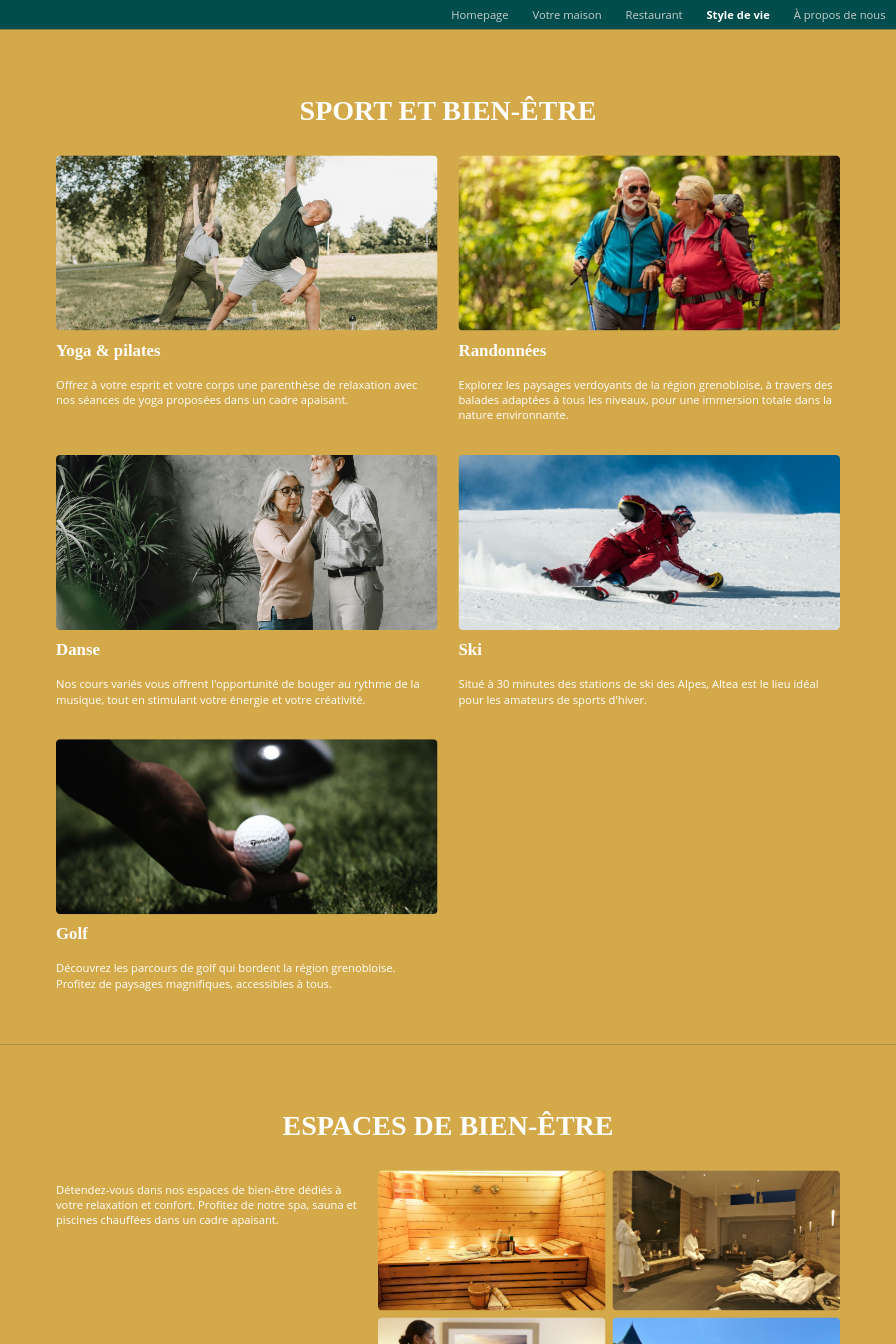
Repository: Rahimzeeeer/alteaaaa
Page: style.html
The author's editor kept a copy of each file at every save. The page is drawn from the files as they stood at one save, then again after the next save.
The browser window is 1280 px wide. The pictures show the part of the page from y = 0 to 1920 px (the page is 3573 px tall), at 70% of full size.

Above is the page before, as saved 2025-08-11 18:42:15.

### style.html
<!DOCTYPE html>
<html lang="fr">
<head>
  <meta charset="UTF-8" />
  <meta name="viewport" content="width=device-width, initial-scale=1.0"/>
  <title>Restaurant – Altea</title>
  <link rel="stylesheet" href="style.css" />
  <link rel="stylesheet" href="https://cdnjs.cloudflare.com/ajax/libs/font-awesome/6.5.0/css/all.min.css"/>
</head>
<body>

  <header>
    <nav class="navbar">
      <ul>
        <li><a href="index.html" >Homepage</a></li>
        <li><a href="maison.html">Votre maison</a></li>
        <li><a href="restaurant.html" >Restaurant</a></li>
        <li><a href="style.html" class="active">Style de vie</a></li>
        <li><a href="apropos.html">À propos de nous</a></li>
      </ul>
    </nav>
  </header>

  <section class="style-section gold-bg">
    <h2 class="title serif">SPORT ET BIEN-ÊTRE</h2>
    <div class="sport-grid">
        <div class="sport-item">
            <img src="images/style/yoga.jpg" alt="Yoga & pilates">
            <h3>Yoga & pilates</h3>
            <p>Offrez à votre esprit et votre corps une parenthèse de relaxation avec nos séances de yoga proposées dans un cadre apaisant.</p>
        </div>
        <div class="sport-item">
            <img src="images/style/rando.png" alt="Randonnées">
            <h3>Randonnées</h3>
            <p>Explorez les paysages verdoyants de la région grenobloise, à travers des balades adaptées à tous les niveaux, pour une immersion totale dans la nature environnante.</p>
        </div>
        <div class="sport-item">
            <img src="images/style/danse.jpg" alt="Danse">
            <h3>Danse</h3>
            <p>Nos cours variés vous offrent l'opportunité de bouger au rythme de la musique, tout en stimulant votre énergie et votre créativité.</p>
        </div>
        <div class="sport-item">
            <img src="images/style/ski.jpg" alt="Ski">
            <h3>Ski</h3>
            <p>Situé à 30 minutes des stations de ski des Alpes, Altea est le lieu idéal pour les amateurs de sports d'hiver.</p>
        </div>
        <div class="sport-item">
            <img src="images/style/golf.jpg" alt="Golf">
            <h3>Golf</h3>
            <p>Découvrez les parcours de golf qui bordent la région grenobloise. Profitez de paysages magnifiques, accessibles à tous.</p>
        </div>
    </div>
</section>

<section class="style-section gold-bg">
    <h2 class="title serif">ESPACES DE BIEN-ÊTRE</h2>
    <div class="wellness-grid">
        <div class="text">
            <p>Détendez-vous dans nos espaces de bien-être dédiés à votre relaxation et confort. Profitez de notre spa, sauna et piscines chauffées dans un cadre apaisant.</p>
        </div>
        <div class="images">
            <img src="images/style/sauna.webp" alt="Sauna">
            <img src="images/style/spa.jpg" alt="Spa">
            <img src="images/style/repos.jpg" alt="Salle de repos">
            <img src="images/style/piscine.jpg" alt="Piscine extérieure">
            <img src="images/style/jacuzzi.jpg" alt="Jacuzzi">
        </div>
    </div>
</section>

<section class="style-section green-bg">
    <h2 class="title serif">ACTIVITÉS COMMUNAUTAIRES</h2>
    <div class="community-grid">
        <div class="community-item">
            <img src="images/style/jardinage.jpg" alt="Jardinage">
            <h3>Jardinage</h3>
            <p>Des ateliers pour cultiver vos plantes et légumes dans une ambiance conviviale.</p>
        </div>
        <div class="community-item">
            <img src="images/style/art.jpg" alt="Activités artistiques">
            <h3>Activités artistiques</h3>
            <p>Sessions créatives de peinture, sculpture et plus encore pour stimuler votre imagination.</p>
        </div>
        <div class="community-item">
            <img src="images/style/jeux.jpg" alt="Jeux de société">
            <h3>Jeux de société</h3>
            <p>Moments de détente avec vos voisins autour de jeux classiques et modernes.</p>
        </div>
    </div>
</section>

<section class="style-section gold-bg">
    <h2 class="title serif">SERVICES PREMIUM</h2>
    <p class="premium-text">Offrez-vous une expérience de bien-être exceptionnelle grâce à nos services premium à la carte, sur rendez-vous.</p>
    <div class="premium-grid">
        <img src="images/style/massage.jpg" alt="Massage relaxant">
        <img src="images/style/coiffure.jpg" alt="Coiffure">
        <img src="images/style/maquillage.jpg" alt="Maquillage">
    </div>
</section>


</body>
</html>

### style.css
/* =========================
   Variables & reset
========================= */
:root{
  --green: #0a4e48;      /* vert profond (fond global) */
  --teal:  #004d4d;      /* navbar / boutons */
  --gold:  gold;         /* accents dorés */
  --ink:   #233;         /* texte sombre sur fond clair */
  --white: #fff;
}

*{ box-sizing: border-box; }

/* ===== Fonts ===== */
/* Exemple : Serif pour titres et Sans-serif pour le reste */
@import url('https://fonts.googleapis.com/css2?family=Merriweather:wght@400;700&family=Open+Sans:wght@400;600&display=swap');


/* Titres en serif */
h1, h2, h3, .section-title {
  font-family: 'Merriweather', serif;
  font-size: 2.5rem; /* plus grand */
}

body{
  margin: 0;
  font-family: 'Open Sans', sans-serif;
  background-color: var(--green);
  color: var(--white);
}

/* =========================
   Navbar
========================= */
.navbar{
  background-color: var(--teal);
  padding: 10px 0;
  text-align: right;
  box-shadow: 0 2px 8px rgba(0,0,0,0.3);
}
.navbar ul{ list-style: none; margin: 0; padding: 0; }
.navbar li{ display: inline-block; margin: 0 15px; }
.navbar a{
  color: #ccc;
  text-decoration: none;
  font-size: 16px;
  transition: color .3s ease;
}
.navbar a:hover,
.navbar a.active{ color: var(--white); }
.navbar a.active{ font-weight: bold; }

/* =========================
   Hero
========================= */
.hero{
  position: relative;
  width: 100%;
  height: 90vh;
  display: flex;
  align-items: center;
  justify-content: center;
}
.hero-image{
  position: absolute; inset: 0;
  width: 100%; height: 100%;
  object-fit: cover; z-index: -1;
  /* flou léger + léger zoom */
  filter: blur(2px);
  transform: scale(1.03);
}
.hero-content{ text-align: center; color: var(--white); }
.hero-logo{ max-width: 200px; margin-bottom: 30px; }

.hero-buttons{ margin: 20px 0; }
.hero-buttons .btn{
  display: inline-block;
  background-color: var(--teal);
  color: var(--gold);
  padding: 10px 16px;         /* taille affinée */
  margin: 10px;
  font-weight: bold;
  text-decoration: none;
  border-radius: 4px;
  transition: background .3s;
  font-size: .85em;
}
.hero-buttons .btn:hover{ background-color: #006666; }

.hero-slogan{
  margin-top: 30px;

  letter-spacing: 1.5px;
  background-color: rgba(0,77,77,.8);
  padding: 8px 15px;
  display: inline-block;
}

/* =========================
   Catégories
========================= */
.section-title{
  text-align: center;
  margin: 30px 0;
  letter-spacing: 2px;
  color: var(--white);
}
.category-grid{
  display: grid;
  grid-template-columns: repeat(3, 1fr);
  gap: 15px;
  max-width: 1000px;
  margin: 0 auto;
}
.category-item{ position: relative; overflow: hidden; }
.category-item img{ width: 100%; display: block; }
.category-item span{
  position: absolute; left: 50%; bottom: 10px;
  transform: translateX(-50%);
  background-color: rgba(0,77,77,.8);
  color: var(--white);
  padding: 6px 12px;
  font-weight: bold;
  border-radius: 4px;
}

/* =========================
   Notre resort
========================= */
.resort{
  max-width: 1000px;
  margin: 50px auto;
  padding: 20px;
  color: var(--white);
}
.resort-text h2{ font-size: 2em; margin: 0 0 10px; }
.resort-text p{ margin: 15px 0; line-height: 1.5; }
.btn-gold{
  background-color: var(--gold);
  color: var(--teal);
  padding: 8px 14px;
  text-decoration: none;
  font-weight: bold;
  border-radius: 20px;
}
.resort-video video{
  margin-top: 20px;
  width: 100%;
  border-radius: 8px;
}

/* =========================
   Actualités
========================= */
.actualites{
  padding: 40px;
  text-align: center;
  background-color: var(--teal);
  color: var(--white);
}
.actus-grid{
  display: grid;
  grid-template-columns: repeat(3, 1fr);
  gap: 20px;
}
.actus-item{
  background: transparent;
  border: 1px solid var(--gold);
  padding: 10px;
  position: relative;
}
.actus-item img{
  width: 100%;
  height: 300px;         /* taille uniforme */
  object-fit: cover;     /* recadrage propre */
  border-bottom: 2px solid var(--gold);
}
.plus-btn{
  position: absolute; bottom: 10px; right: 10px;
  background-color: var(--gold);
  color: var(--teal);
  font-weight: bold;
  border-radius: 50%;
  padding: 5px 10px;
  cursor: pointer;
}

/* =========================
   Avis (fond flou en arrière-plan)
========================= */
.avis{
  position: relative;
  overflow: hidden;
  min-height: 100vh;                    /* ≈ une page */
  display: flex; flex-direction: column;
  justify-content: center; align-items: center;
  padding: 60px 20px;
  text-align: center;
  color: var(--white);
}
.avis::before{
  content: "";
  position: absolute; inset: 0;
  background: url('images/index/avisbg.png') center/cover no-repeat;
  filter: blur(2px);
  transform: scale(1.03);
  z-index: 0;
}
.avis > *{ position: relative; z-index: 1; }
.avis h2{ margin-bottom: 24px; font-size: 2.2rem; }
.avis-container{
  display: flex; justify-content: center; flex-wrap: wrap;
  gap: 40px;
}
.avis-item{ max-width: 360px; font-style: italic; }

/* =========================
   Nous contacter
========================= */
.contact{
  background-color: #d4a743;  /* fond or/moutarde */
  padding: 60px 20px;
  color: var(--ink);
}
.contact h2{
  margin: 0 auto 30px;
  max-width: 1000px;
}
.contact-grid{
  max-width: 1000px; margin: 0 auto;
  display: grid; grid-template-columns: repeat(3, 1fr);
  gap: 24px;
}
.contact-box{
  background: rgba(255,255,255,.02);
  border: 2px solid var(--green);
  border-radius: 8px;
  padding: 24px;
  min-height: 220px;
  box-shadow: 0 2px 6px rgba(0,0,0,.08);
}
.contact-box h3{
  margin: 0 0 12px;
  font-weight: 700;
}

/* =========================
   Responsive
========================= */
@media (max-width: 900px){
  .category-grid{ grid-template-columns: 1fr 1fr; }
  .actus-grid{ grid-template-columns: 1fr; }
  .contact-grid{ grid-template-columns: 1fr; }
  .hero{ height: 70vh; }
}


/* =========================
   Votre maison
========================= */

/* Bandeau haut avec encart */
.cover-banner{
  position: relative;
  width: 100%;
  height: 60vh;
  background: var(--green);
  display: flex;
  align-items: flex-start;
  justify-content: center;
  padding-top: 40px;
}
.cover-banner::before{
  content: "";
  position: absolute; inset: 0;
  background: var(--green) center/cover no-repeat;
  background-image: var(--cover);
  z-index: 0;
}
.cover-bubble{
  position: relative;
  z-index: 1;
  max-width: 1100px;
  margin: 0 20px;
  background: rgba(0,77,77,.85);
  color: var(--white);
  padding: 16px 22px;
  border-radius: 10px;
  line-height: 1.6;
}

/* Intro + titre + grand visuel */
.lodging-intro{
  max-width: 1100px;
  margin: 40px auto 20px;
  padding: 0 20px;
}
.lodging-intro h1{
  font-family: 'Merriweather', serif;
  font-size: 3rem;
  text-align: center;
  margin: 10px 0 16px;
}
.lodging-intro p{
  text-align: center;
  line-height: 1.7;
  max-width: 980px;
  margin: 0 auto 28px;
}
.lodging-hero{
  position: relative;
  max-width: 900px;
  margin: 0 auto 32px;
  border: 8px solid rgba(0,0,0,.15);
  box-shadow: 0 10px 30px rgba(0,0,0,.25);
}
.lodging-hero img{
  display: block;
  width: 100%;
  height: auto;
}
.slide-btn{
  position: absolute; top: 50%; transform: translateY(-50%);
  width: 54px; height: 54px; border: none; cursor: pointer;
  border-radius: 50%;
  background: var(--gold);
  color: var(--teal);
  display: grid; place-items: center;
  box-shadow: 0 6px 20px rgba(0,0,0,.25);
}
.slide-btn.prev{ left: -22px; }
.slide-btn.next{ right: -22px; }

/* Tarifs */
.price-cards{
  display: grid;
  grid-template-columns: repeat(3, 1fr);
  gap: 28px;
  margin: 26px auto 10px;
  max-width: 1100px;
}
.price-card{
  background: #d4a743;
  color: var(--ink);
  padding: 22px;
  border-radius: 6px;
  box-shadow: 0 6px 16px rgba(0,0,0,.18);
  border: 2px solid rgba(0,0,0,.08);
}
.price-card h3{
  margin: 0 0 8px;
  font-family: 'Merriweather', serif;
  font-size: 1.3rem;
}
.price-note{ margin: 0; }

/* Panneau des équipements (blanc) */
.features-panel{
  background: var(--white);
  color: var(--ink);
  margin: 60px auto;
  max-width: 1100px;
  border-radius: 6px;
  padding: 36px 28px;
}
.features-grid{
  display: grid;
  grid-template-columns: repeat(3, 1fr);
  gap: 22px 40px;
}
.feature{
  display: flex; align-items: center; gap: 12px;
  font-size: 1rem;
}
.feature i{
  color: #b9c36a;          /* vert jaunâtre comme sur la maquette */
  font-size: 26px;
  width: 28px; text-align: center;
}

/* Texte + galerie à légendes */
.lodging-gallery{
  max-width: 1100px; margin: 40px auto 80px; padding: 0 20px;
  display: grid; grid-template-columns: 1fr 1.2fr; gap: 28px;
}
.lg-text p{ line-height: 1.8; margin: 0; }
.lg-grid{
  display: grid; gap: 22px;
}
.lg-item{
  background: rgba(255,255,255,.06);
  border: 1px solid rgba(255,255,255,.15);
}
.lg-item img{ display: block; width: 100%; height: auto; }
.lg-item figcaption{
  text-align: center;
  padding: 12px 10px;
  font-family: 'Merriweather', serif;
  border-top: 1px solid rgba(255,255,255,.15);
}

/* Responsive */
@media (max-width: 1000px){
  .price-cards{ grid-template-columns: 1fr; }
  .features-grid{ grid-template-columns: 1fr 1fr; }
  .lodging-gallery{ grid-template-columns: 1fr; }
  .slide-btn.prev{ left: 8px; } .slide-btn.next{ right: 8px; }
}
@media (max-width: 640px){
  .cover-banner{ height: 50vh; }
  .cover-bubble{ font-size: .95rem; }
  .lodging-intro h1{ font-size: 2.2rem; }
  .features-grid{ grid-template-columns: 1fr; }
}



/* ===== Restaurant ===== */

/* HERO */
.resto-hero {
  position: relative;
  height: 70vh;
  overflow: hidden;
}
.resto-hero img {
  width: 100%;
  height: 100%;
  object-fit: cover;
  filter: brightness(0.75);
}
.resto-hero-content {
  position: absolute;
  top: 50%;
  left: 50%;
  transform: translate(-50%, -50%);
  text-align: center;
  color: white;
}
.resto-hero-content h1 {
  font-size: 3rem;
  margin-bottom: 20px;
  font-family: 'Merriweather', serif;
}
.btn {
  display: inline-block;
  padding: 12px 24px;
  text-decoration: none;
  border-radius: 5px;
  font-weight: bold;
}
.btn-teal { background-color: #004d40; color: white; }
.btn-gold { background-color: #d4a743; color: #004d40; }
.btn:hover { filter: brightness(1.1); }

/* UNE AVENTURE FRANÇAISE */
.resto-aventure {
  display: flex;
  flex-wrap: wrap;
  gap: 20px;
  padding: 50px 5%;
  background-color: #004d40;
  color: white;
}
.aventure-images {
  flex: 1;
  display: flex;
  flex-direction: column;
  gap: 20px;
}
.aventure-images img {
  width: 100%;
  border-radius: 8px;
  object-fit: cover;
}
.aventure-text {
  flex: 1;
}
.aventure-text h2 {
  font-family: 'Merriweather', serif;
  color: #d4a743;
  margin-bottom: 20px;
}
.aventure-text p {
  margin-bottom: 20px;
  line-height: 1.6;
}

/* HORAIRES */
.resto-horaires {
  display: flex;
  flex-wrap: wrap;
  gap: 20px;
  padding: 50px 5%;
  background-color: #d4a743;
}
.horaires-images {
  flex: 1;
  display: flex;
  flex-direction: column;
  gap: 20px;
}
.horaires-images img {
  width: 100%;
  border-radius: 8px;
  object-fit: cover;
}
.horaires-text {
  flex: 1;
  display: flex;
  flex-direction: column;
  justify-content: center;
}
.horaires-text h3 {
  font-family: 'Merriweather', serif;
  margin-bottom: 20px;
  color: #004d40;
}
.horaires-text ul {
  margin-bottom: 20px;
  padding-left: 20px;
}
.horaires-text li {
  margin-bottom: 10px;
}

/* Responsive */
@media (max-width: 768px) {
  .resto-aventure, .resto-horaires {
    flex-direction: column;
  }
}


/* Couleurs de fond */
.gold-bg { background-color: #d4a949; padding: 60px 80px; }
.green-bg { background-color: #004d40; color: white; padding: 60px 80px; }

/* Titres */
.title {
    text-align: center;
    font-size: 2.5rem;
    margin-bottom: 40px;
}
.serif { font-family: 'Times New Roman', serif; }

/* Section sport */
.sport-grid {
    display: grid;
    grid-template-columns: repeat(2, 1fr);
    gap: 30px;
}
.sport-item img {
    width: 100%;
    height: 250px;
    object-fit: cover;
    border-radius: 6px;
}
.sport-item h3 {
    margin-top: 10px;
    font-size: 1.5rem;
}

/* Bien-être */
.wellness-grid {
    display: grid;
    grid-template-columns: 1fr 1.5fr;
    gap: 20px;
}
.wellness-grid .images {
    display: grid;
    grid-template-columns: repeat(2, 1fr);
    gap: 10px;
}
.wellness-grid img {
    width: 100%;
    height: 200px;
    object-fit: cover;
    border-radius: 6px;
}

/* Communauté */
.community-grid {
    display: grid;
    grid-template-columns: repeat(3, 1fr);
    gap: 30px;
    text-align: center;
}
.community-item img {
    width: 100%;
    height: 250px;
    object-fit: cover;
    border-radius: 6px;
}
.community-item h3 {
    margin-top: 15px;
    font-size: 1.4rem;
}

/* Premium */
.premium-text {
    text-align: center;
    margin-bottom: 40px;
}
.premium-grid {
    display: grid;
    grid-template-columns: 2fr 1fr 1fr;
    gap: 20px;
}
.premium-grid img {
    width: 100%;
    height: 300px;
    object-fit: cover;
    border-radius: 6px;
}

After the next save:
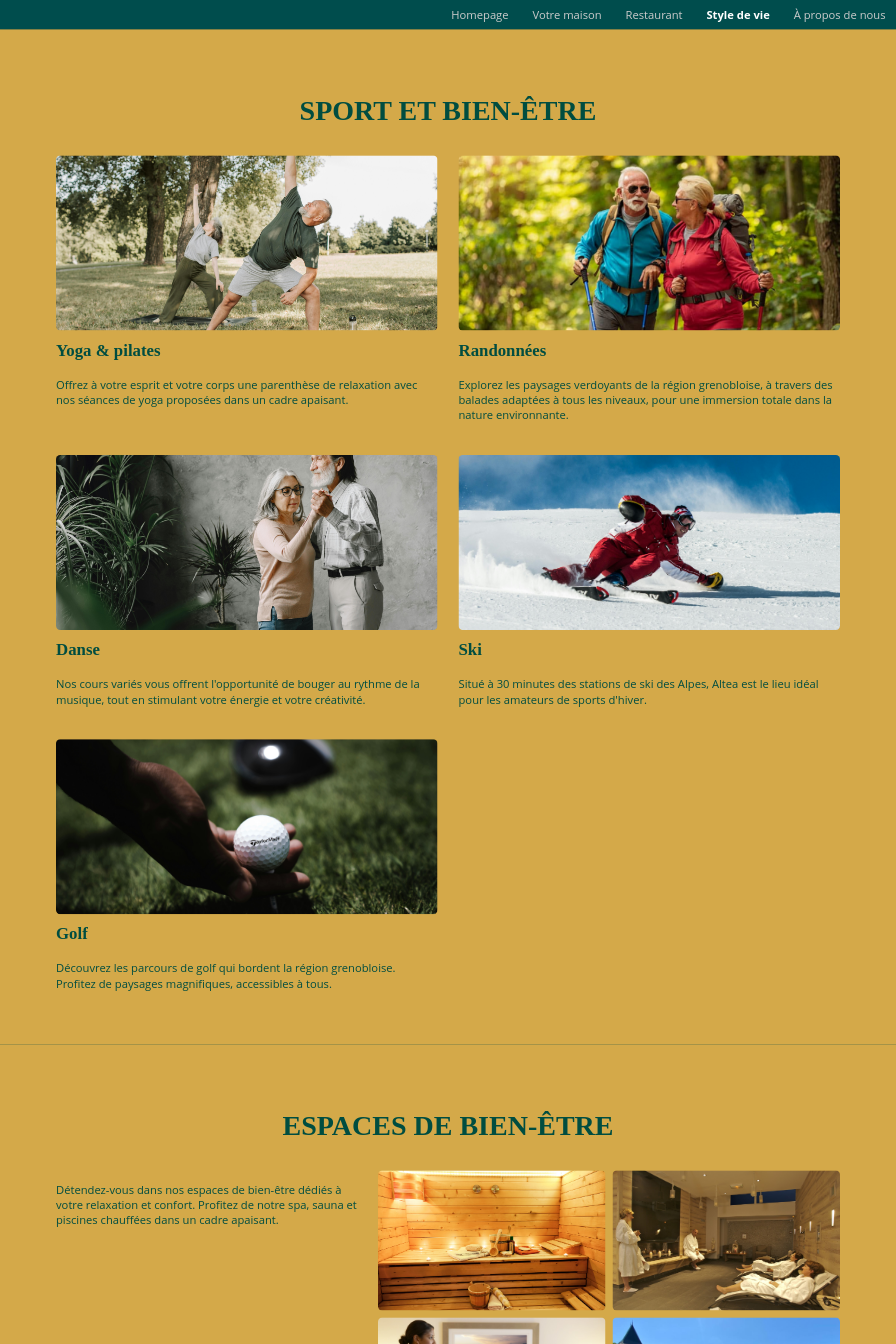
Saved 84 s later.
--- a/style.css
+++ b/style.css
@@ -28,6 +28,19 @@ body{
   background-color: var(--green);
   color: var(--white);
 }
+
+/* Texte vert sur fond jaune */
+.gold-bg {
+    background-color: #d4a949;
+    color: #004d40; /* Vert foncé élégant */
+}
+
+.gold-bg h2,
+.gold-bg h3,
+.gold-bg p {
+    color: #004d40;
+}
+
 
 /* =========================
    Navbar
